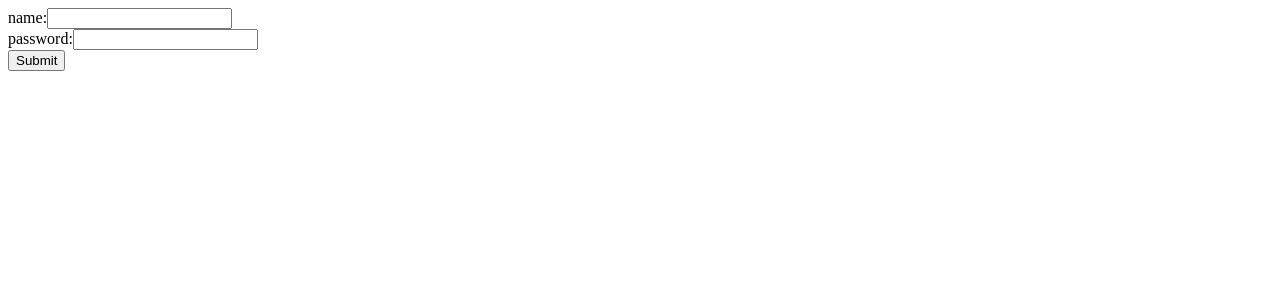
Repository: Ranjithamshivamatta/Java
Page: LoginValidation/WebContent/login.html
The author's editor kept a copy of each file at every save. The page is drawn from the files as they stood at one save, then again after the next save.
The browser window is 1280 px wide. The pictures show the whole page.

Above is the page before, as saved 2019-04-23 03:48:58.

After the next save:
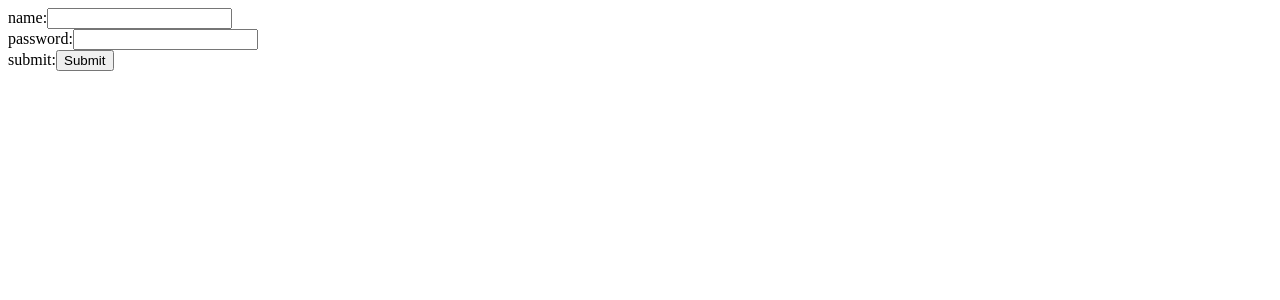
Saved 39 s later.
--- a/LoginValidation/WebContent/login.html
+++ b/LoginValidation/WebContent/login.html
@@ -7,6 +7,6 @@
 <body>
 name:<input type = "text" name = "name"><br>
 password:<input type = "password" name = "password"><br>
-<input type= "submit" name="Submit">
+submit:<input type= "submit" name="Submit">
 </body>
 </html>
